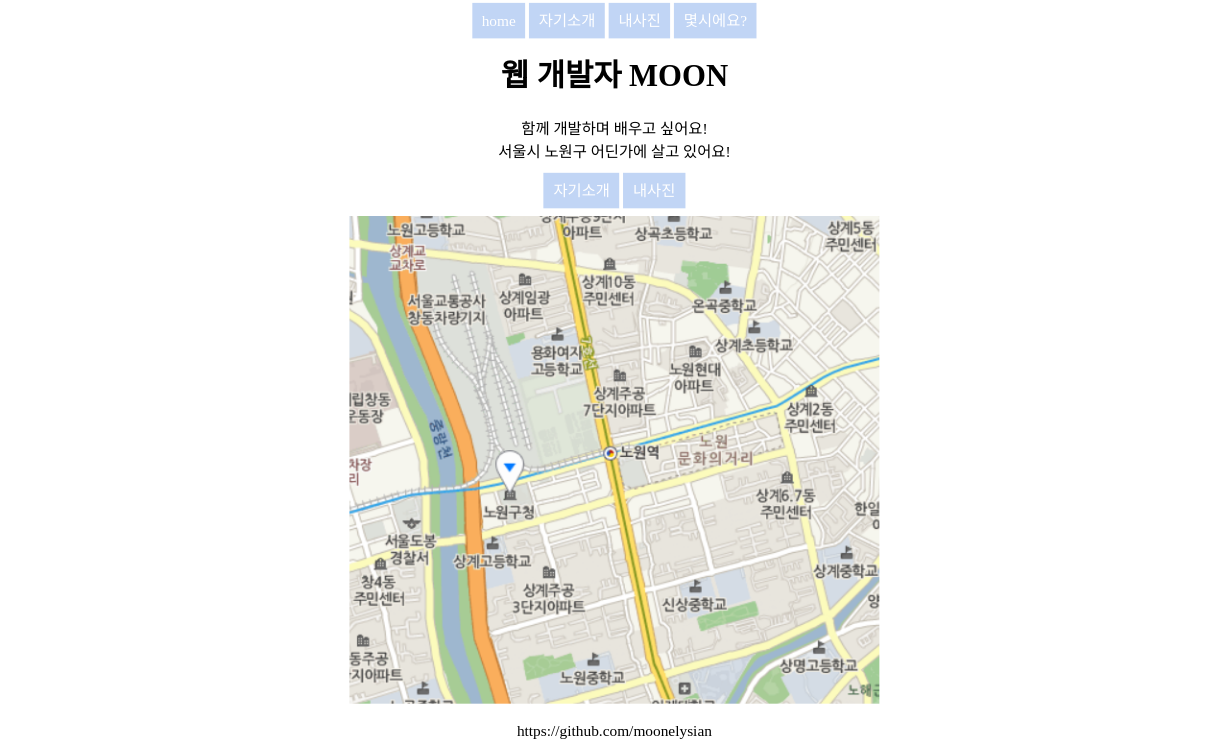
Repository: moonelysian/edwith-
Page: BE_PJT1-1/WebContent/index.html
These files come from the project's save history. The page is drawn as it stood at one moment and after the next save; the edit follows.
The browser window is 1280 px wide. The pictures show the whole page, at 96% of full size.

Above is the page before, as saved 2019-08-07 05:35:51.

After the next save:
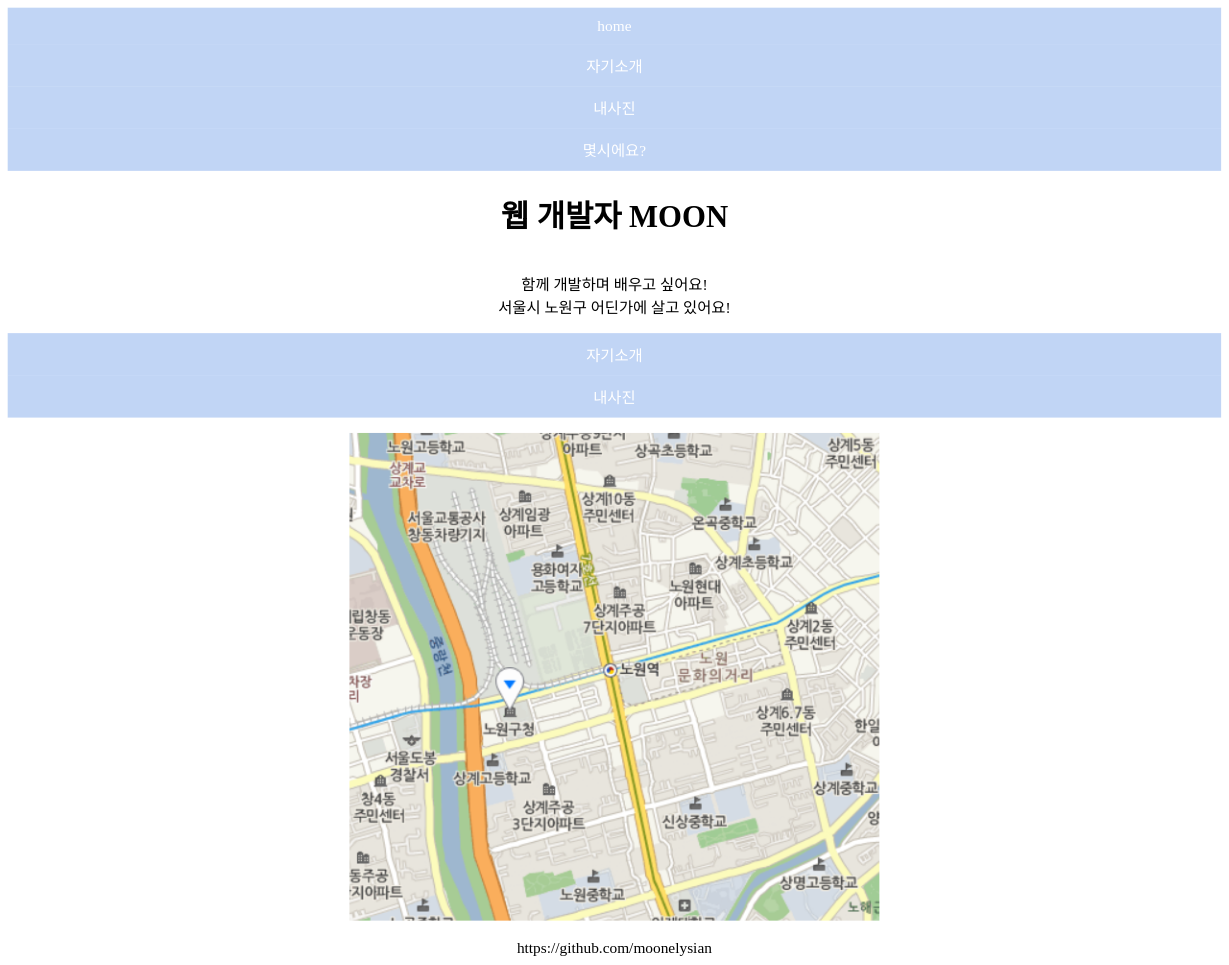
Saved 43 s later.
--- a/BE_PJT1-1/WebContent/style.css
+++ b/BE_PJT1-1/WebContent/style.css
@@ -1,7 +1,5 @@
 @charset "UTF-8";
-body{
-	display: grid;
-	text-align: center;}
+body{text-align: center;}
 
 a {
 	background-color: rgba(50, 115, 220, 0.3);
@@ -11,3 +9,8 @@
 }
 
 a:hover{ color:black; }
+
+.grid-container{
+	display: grid;
+	grid-column-gap: 50px;
+}
